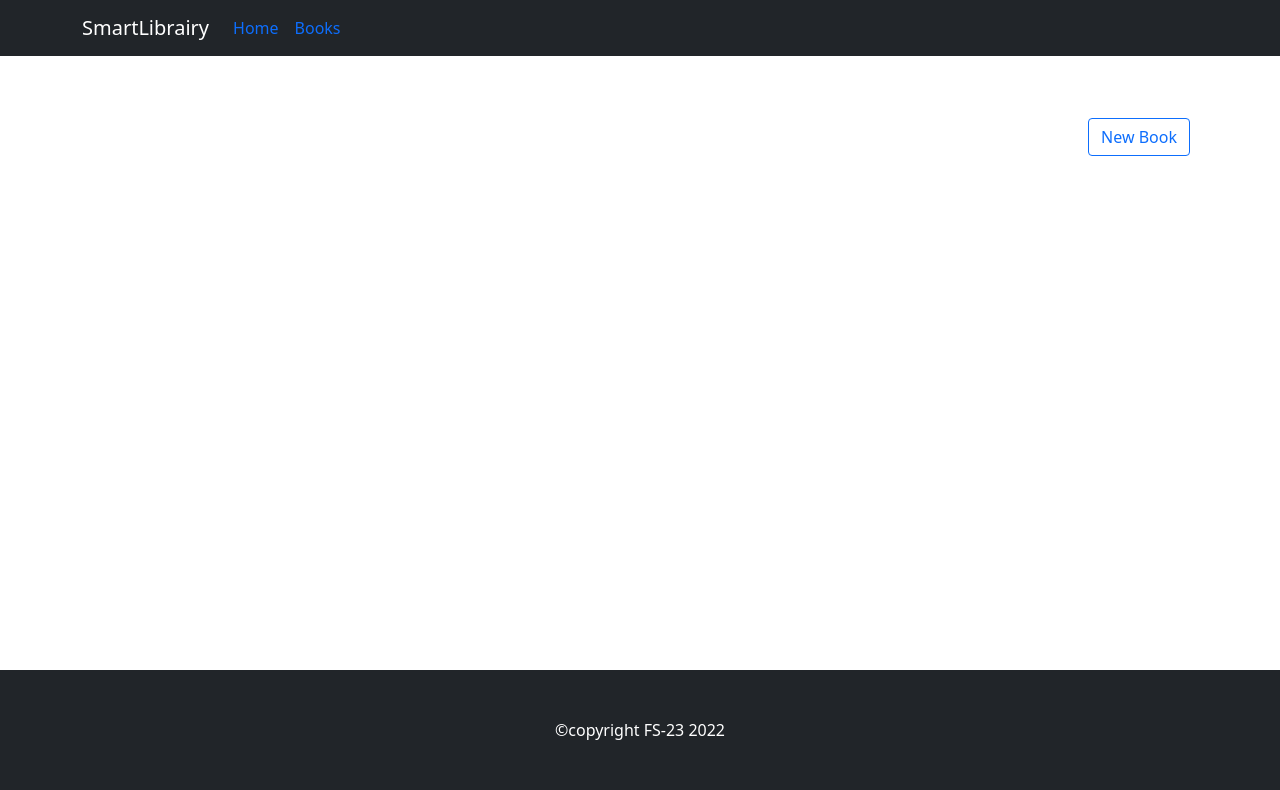
Repository: FS-23/smart-librairy
Page: http://localhost/books/list
The author's editor kept a copy of each file at every save. The page is drawn from the files as they stood at one save, then again after the next save.
The browser window is 1280 px wide. The pictures show the whole page.
The page is served by the project's Laravel application, run on PHP 8.4 with Laravel 9. Queries for data that is not in the repository find no rows.

Above is the page before, as saved 2022-06-10 14:15:11.

After the next save:
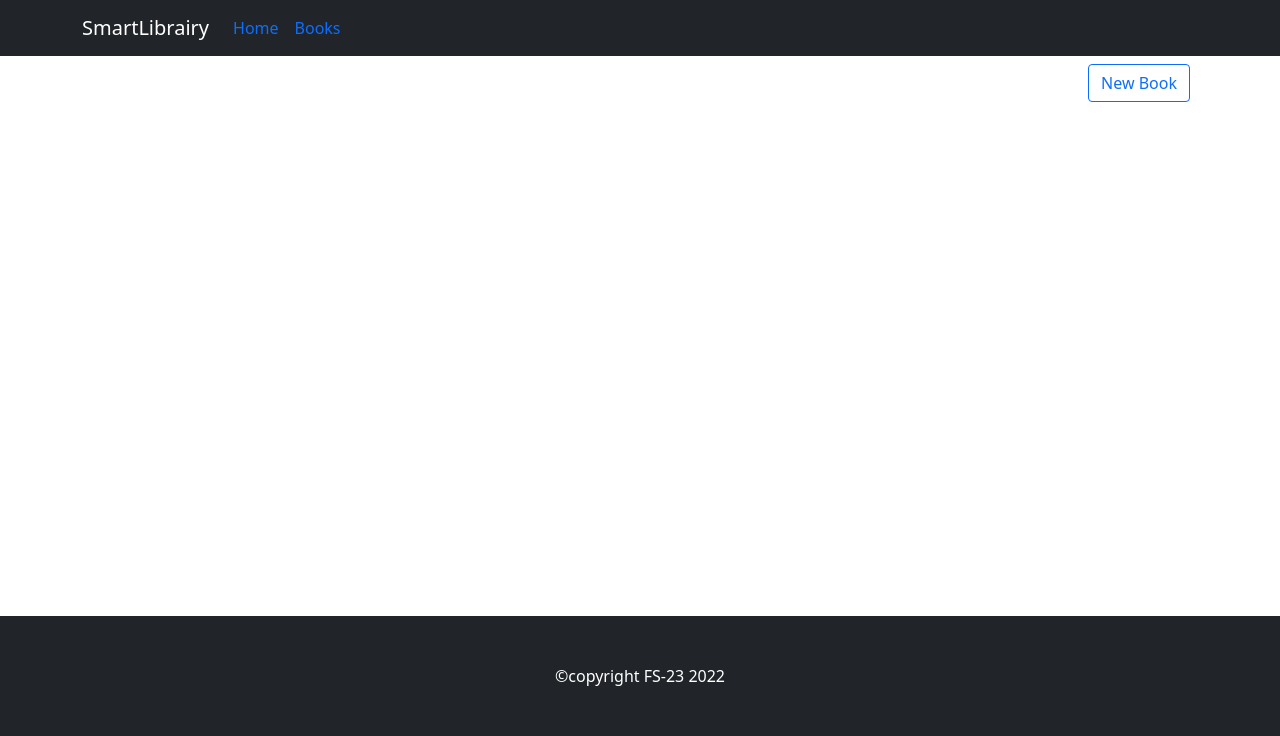
Saved 40 s later.
--- a/resources/views/layout/layout.blade.php
+++ b/resources/views/layout/layout.blade.php
@@ -18,7 +18,7 @@
         }
 
         .content {
-            margin-top: 70px
+            margin-top: 70px 0
         }
         .footer {
             position: absolute;

After the 2 saves that followed:
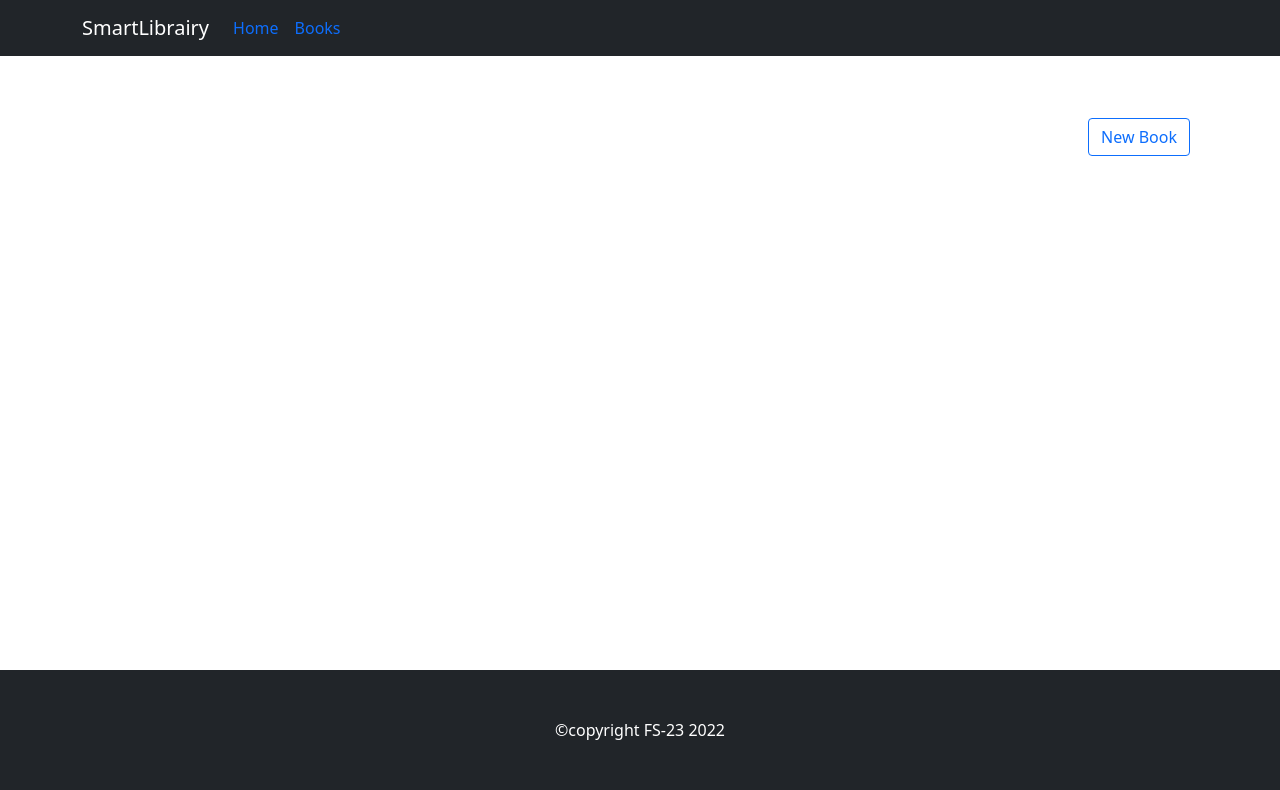
The 2 saves are shown as one change because 1 left the picture as it was.
The last was saved 41 s later.
--- a/resources/views/layout/layout.blade.php
+++ b/resources/views/layout/layout.blade.php
@@ -18,7 +18,8 @@
         }
 
         .content {
-            margin-top: 70px 0
+            margin: 70px 0 100px;
+
         }
         .footer {
             position: absolute;
